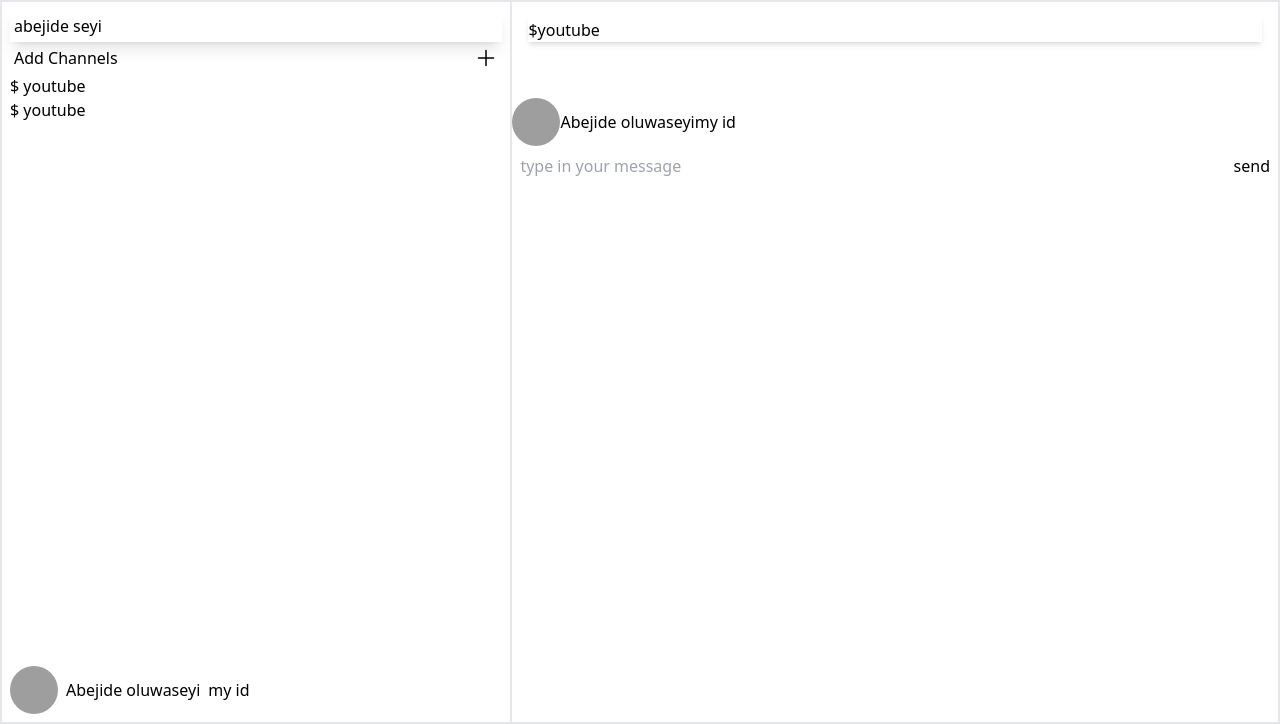
Repository: Semanmernstack/chat-mini
Page: /
The author's editor kept a copy of each file at every save. The page is drawn from the files as they stood at one save, then again after the next save.
The browser window is 1280 px wide. The pictures show the whole page.
Pictures or frames that could not be fetched are drawn as grey boxes. The project was rebuilt for these pictures with package versions that can differ from the ones it lists, and the page was loaded fresh each time. Also part of the build but not shown: src/features/counter/Counter.module.css, src/features/counter/Counter.js.

Above is the page before, as saved 2022-11-14 07:18:53.

After the next save:
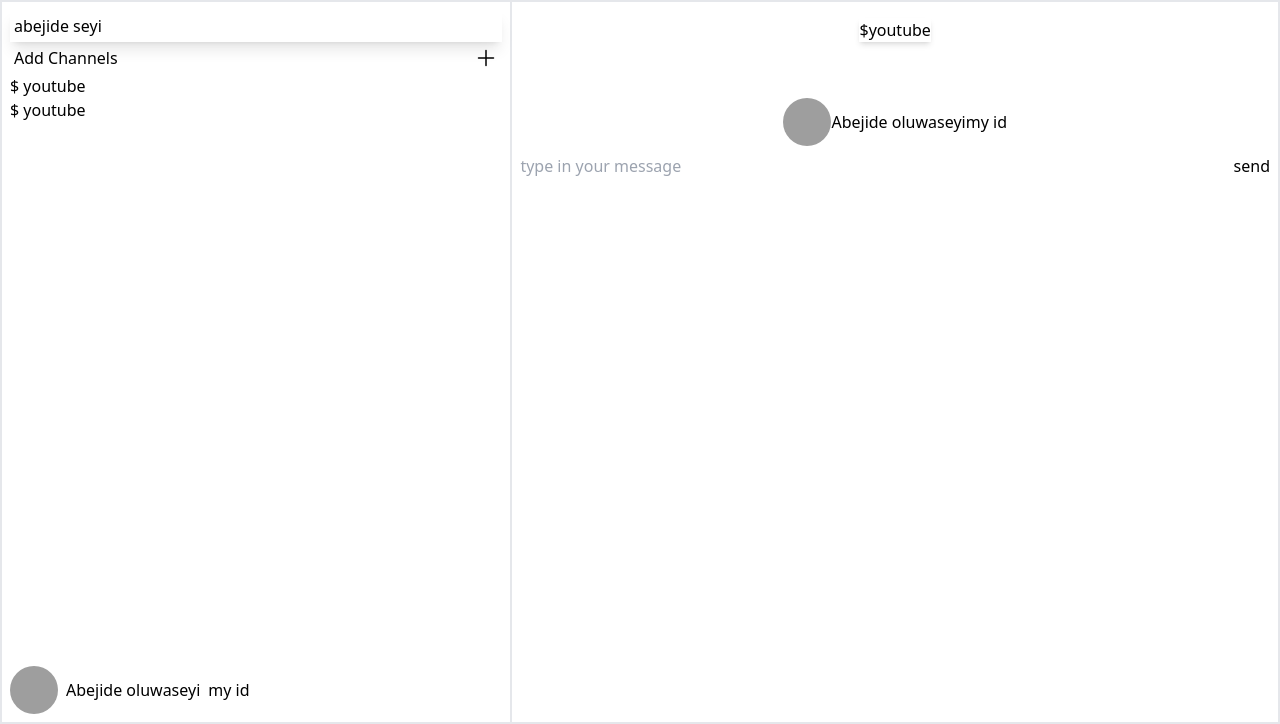
Saved 17 s later.
--- a/src/Body.js
+++ b/src/Body.js
@@ -4,7 +4,7 @@
 function Body() {
   return (
     <div className="flex flex-col  ">
-        <div className=" flex flex-col flex-1">
+        <div className=" flex flex-col items-center flex-1">
         <div>
             <BodyHeader/>
         </div>

After the save that followed:
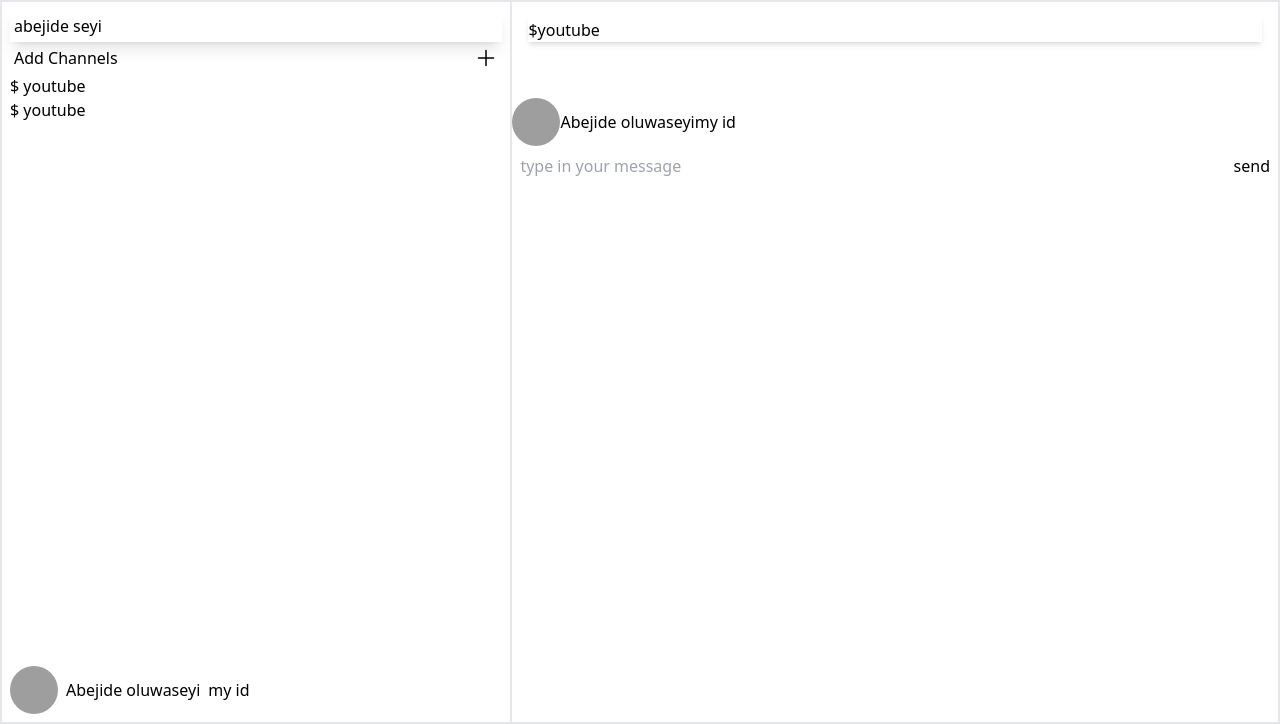
Saved 23 s later.
--- a/src/Body.js
+++ b/src/Body.js
@@ -4,7 +4,7 @@
 function Body() {
   return (
     <div className="flex flex-col  ">
-        <div className=" flex flex-col items-center flex-1">
+        <div className=" flex flex-col  flex-1">
         <div>
             <BodyHeader/>
         </div>
